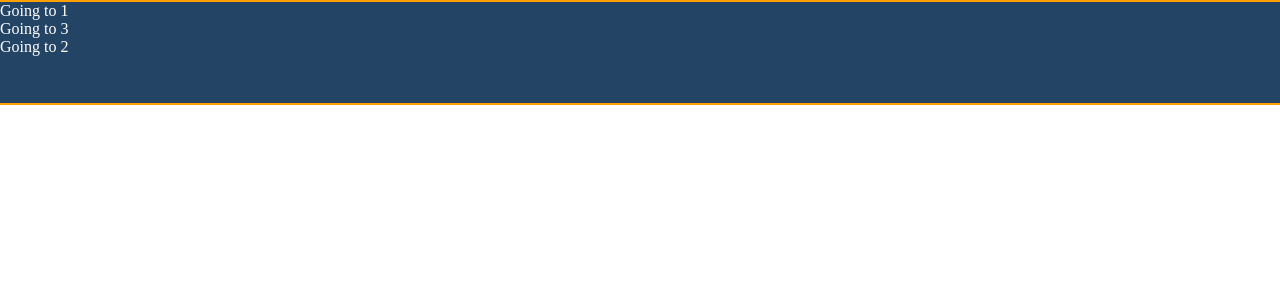
Repository: vsterev/origami
Page: /
An editor plug-in stored every save of this project. The page is shown before and after the next save, followed by the edit.
The browser window is 1280 px wide. The pictures show the whole page.
The project was rebuilt for these pictures with package versions that can differ from the ones it lists, and the page was loaded fresh each time.

Above is the page before, as saved 2020-07-12 08:07:50.

After the next save:
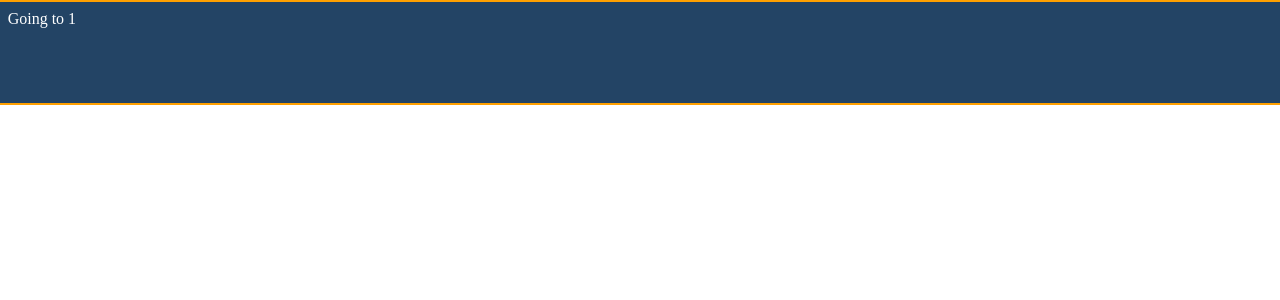
Saved 67 s later.
--- a/src/components/header/index.js
+++ b/src/components/header/index.js
@@ -1,12 +1,11 @@
 import React from 'react'
 import './styles.css'
+import Link from '../link'
 
 function Header() {
     return (
         <nav className="Navigation">
-            <ul className="listItem" a href="#">Going to 1</ul>
-            <ul className="listItem" a href="#">Going to 3</ul>
-            <ul className="listItem" a href="#">Going to 2</ul>
+            <Link />
         </nav>
     )
 }
